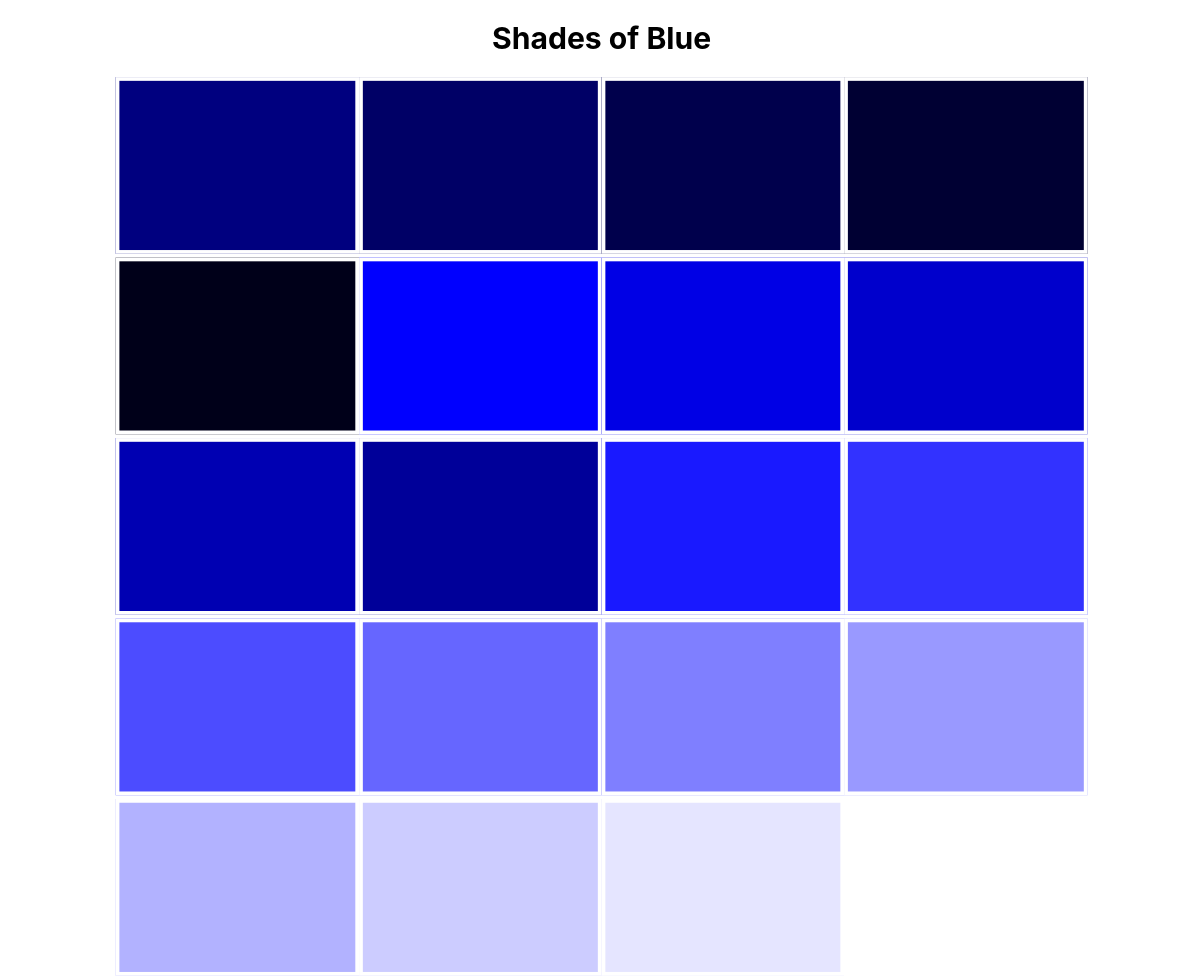
Repository: johnmutina/shades_of_blue
Page: /
An editor plug-in stored every save of this project. The page is shown before and after a run of saves, followed by the edit.
The browser window is 1280 px wide. The pictures show the whole page, at 94% of full size.
The project was rebuilt for these pictures with package versions that can differ from the ones it lists, and the page was loaded fresh each time.

Above is the page before, as saved 2019-06-22 15:15:39.

After the next 2 saves:
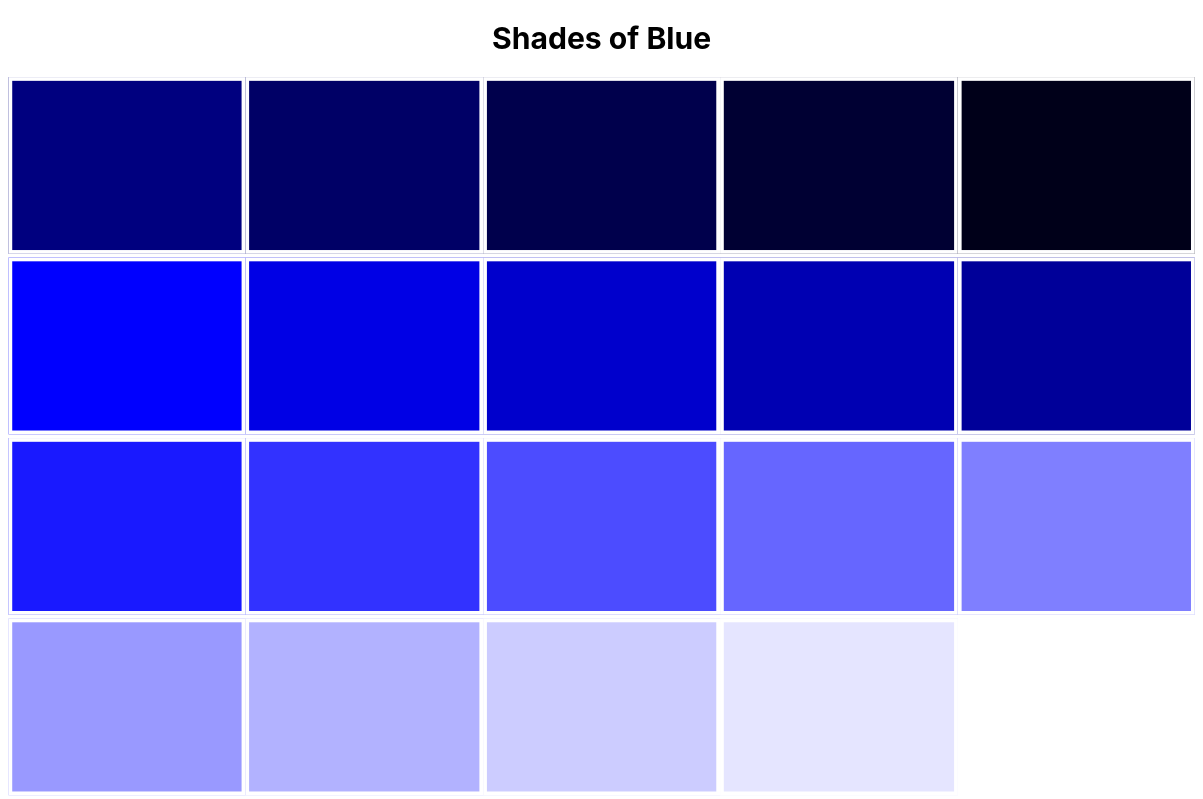
The 2 saves are shown as one change because they came seconds apart.
The last was saved 6 s later.
--- a/src/ColorBox.css
+++ b/src/ColorBox.css
@@ -1,7 +1,7 @@
 .ColorBox {
     display: inline-block;
     color: white;
-    width: 19.57%;
+    width: 19.1%;
     height: 180px;
     /* padding-top: 80px; */
     border: 4px solid white;
